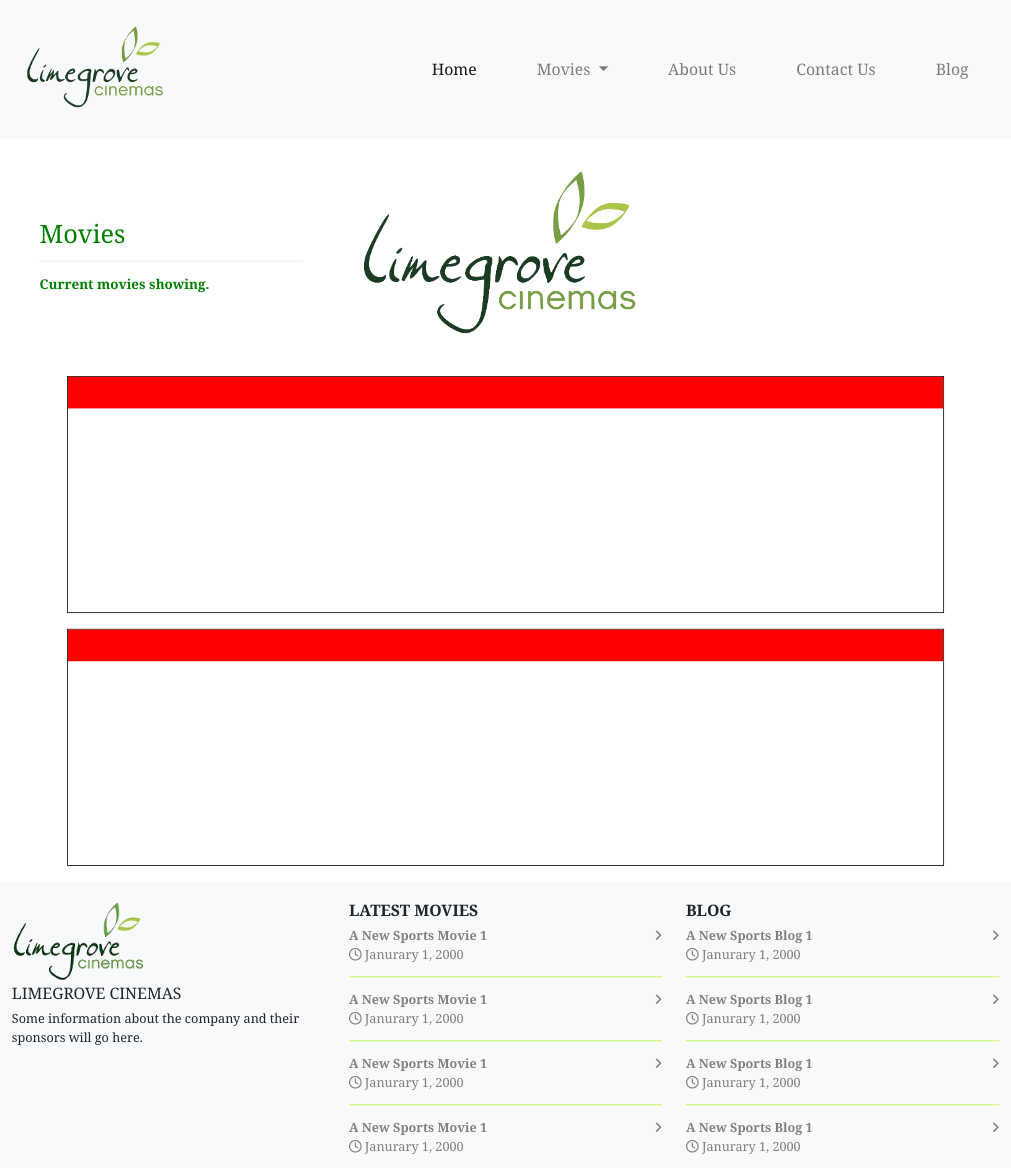
Repository: SimplyZacc/movie-web-template
Page: http://localhost/movie.php
An editor plug-in stored every save of this project. The page is shown before and after the next save, followed by the edit.
The browser window is 1280 px wide. The pictures show the whole page, at 79% of full size.
Some web libraries are served in a nearby version. The page is run by PHP 8.4 with error messages shown; the project is at /var/www/html/.

Above is the page before, as saved 2020-04-01 11:21:12.

### movie.php
<?php
//set page vars
$title = "Blog";
//include page header
include "templates/header.php";
?>
<div class="contact-head">
    <div class="contact-head-body">
        <h2>Movies</h2>
        <hr>
        <p>Current movies showing.</p>
    </div>
</div>

<div class="container">
    <div class="row">
        <div class="col-sm-12">
            <div class="movie-border">
                <div class="movie-inside">
                    <div class="movie-img">

                    </div>
                    <div class="movie-txt">
                        <div class="movie-header">

                        </div>
                        <div class="movie-info">

                        </div>
                    </div>
                </div>
            </div>
        </div>

        <div class="col-sm-12">
            <div class="movie-border">
                <div class="movie-inside">
                    <div class="movie-img">

                    </div>
                    <div class="movie-txt">
                        <div class="movie-header">

                        </div>
                        <div class="movie-info">

                        </div>
                    </div>
                </div>
            </div>
        </div>
    </div>
</div>

<?php include "templates/footer.php"; ?>

### templates/header.php
<?php
session_start();
?>
<!DOCTYPE html>
<html lang="en">

<head>
    <meta charset="UTF-8">
    <meta name="viewport" content="width=device-width, initial-scale=1.0">

    <title>
        <?php
        $default_header = "Limegrove Cinemas";
        if (isset($title)) {
            echo "Limegrove Cinemas - " . $title;
        } else {
            echo $default_header;
        }
        ?>
    </title>

    <!-- CSS -->
    <link rel="stylesheet" href="https://stackpath.bootstrapcdn.com/bootstrap/4.4.1/css/bootstrap.min.css" integrity="sha384-Vkoo8x4CGsO3+Hhxv8T/Q5PaXtkKtu6ug5TOeNV6gBiFeWPGFN9MuhOf23Q9Ifjh" crossorigin="anonymous">
    <link rel="stylesheet" href="assets/css/styles.css">
    <link rel="stylesheet" href="movie-web-template/assets/css/styles.css">

    <!-- JavaScript -->
    <script src="https://code.jquery.com/jquery-3.4.1.slim.min.js" integrity="sha384-J6qa4849blE2+poT4WnyKhv5vZF5SrPo0iEjwBvKU7imGFAV0wwj1yYfoRSJoZ+n" crossorigin="anonymous"></script>
    <script src="https://cdn.jsdelivr.net/npm/popper.js@1.16.0/dist/umd/popper.min.js" integrity="sha384-Q6E9RHvbIyZFJoft+2mJbHaEWldlvI9IOYy5n3zV9zzTtmI3UksdQRVvoxMfooAo" crossorigin="anonymous"></script>
    <script src="https://stackpath.bootstrapcdn.com/bootstrap/4.4.1/js/bootstrap.min.js" integrity="sha384-wfSDF2E50Y2D1uUdj0O3uMBJnjuUD4Ih7YwaYd1iqfktj0Uod8GCExl3Og8ifwB6" crossorigin="anonymous"></script>
    <script src="https://kit.fontawesome.com/e9662c41f5.js" crossorigin="anonymous"></script>

</head>

<body>

    <nav class="navbar navbar-expand-lg navbar-light bg-light">
        <button class="navbar-toggler" type="button" data-toggle="collapse" data-target="#navbarSupportedContent" aria-controls="navbarSupportedContent" aria-expanded="false" aria-label="Toggle navigation">
            <i class="fas fa-bars"></i>
        </button>

        <div class="collapse navbar-collapse" id="navbarSupportedContent">
            <ul class="navbar-nav mr-auto">
                <a class="navbar-brand" href="index.php"><img src="assets/images/lgcgreenlogo.png" alt="Cinema Logo" style="width: auto;height: 150px"></a>

            </ul>

            <ul class="navbar-nav navbar-right">

                <li class="nav-item active p-r-10">
                    <a class="nav-link" href="index.php">Home <span class="sr-only">(current)</span></a>
                </li>
                <li class="nav-item dropdown p-r-10">
                    <a class="nav-link dropdown-toggle" href="movie.php" id="navbarDropdown" role="button" data-toggle="dropdown" aria-haspopup="true" aria-expanded="false">
                        Movies
                    </a>
                    <div class="dropdown-menu" aria-labelledby="navbarDropdown">
                        <a class="dropdown-item" href="movie.php">Popular</a>
                        <a class="dropdown-item disabled" href="#">Recently Added</a>
                        <a class="dropdown-item disabled" href="#">Soon Added</a>
                    </div>
                </li>

                <li class="nav-item ">
                    <a class="nav-link" href="aboutus.php">About Us</a>
                </li>

                <li class="nav-item p-r-10">
                    <a class="nav-link" href="contactus.php">Contact Us</a>
                </li>

                <li class="nav-item p-r-10">
                    <a class="nav-link" href="blog.php">Blog</a>
                </li>
            </ul>

        </div>
    </nav>

### templates/footer.php
<footer class="page-footer font-small pt-4 bg-light">

    <div class="container-fluid text-center text-md-left">

        <div class="row">

            <div class="col-md-4 mt-md-0 mt-3">

                <img src="assets/images/lg-nbg.png" alt="">
                <h5 class="text-uppercase">Limegrove Cinemas</h5>
                <p style="height: 100px">Some information about the company and their sponsors will go here.</p>

            </div>

            <hr class="clearfix w-100 d-md-none pb-3">

            <div class="col-md-4 mb-md-0 mb-3">

                <h5 class="text-uppercase bold">Latest Movies</h5>

                <ul class="list-unstyled grey">
                    <li>
                        <a href="#" class="footer-link">A New Sports Movie 1 <span style="float: right"><i class="fas fa-angle-right"></i></span></a>
                        <br>
                        <p><i class="far fa-clock"></i> Janurary 1, 2000</p>
                    </li>
                    <hr style="border-color: greenyellow;">
                    <li>
                        <a href="#" class="footer-link">A New Sports Movie 1 <span style="float: right"><i class="fas fa-angle-right"></i></span></a>
                        <br>
                        <p><i class="far fa-clock"></i> Janurary 1, 2000</p>
                    </li>
                    <hr style="border-color: greenyellow;">
                    <li>
                        <a href="#" class="footer-link">A New Sports Movie 1 <span style="float: right"><i class="fas fa-angle-right"></i></span></a>
                        <br>
                        <p><i class="far fa-clock"></i> Janurary 1, 2000</p>
                    </li>
                    <hr style="border-color: greenyellow;">
                    <li>
                        <a href="#" class="footer-link">A New Sports Movie 1 <span style="float: right"><i class="fas fa-angle-right"></i></span></a>
                        <br>
                        <p><i class="far fa-clock"></i> Janurary 1, 2000</p>
                    </li>
                </ul>

            </div>

            <hr class="clearfix w-100 d-md-none pb-3">

            <div class="col-md-4 mb-md-0 mb-3">

                <h5 class="text-uppercase bold">Blog</h5>

                <ul class="list-unstyled grey">
                    <li>
                        <a href="#" class="footer-link">A New Sports Blog 1 <span style="float: right"><i class="fas fa-angle-right"></i></span></a>
                        <br>
                        <p><i class="far fa-clock"></i> Janurary 1, 2000</p>
                    </li>
                    <hr style="border-color: greenyellow;">
                    <li>
                        <a href="#" class="footer-link">A New Sports Blog 1 <span style="float: right"><i class="fas fa-angle-right"></i></span></a>
                        <br>
                        <p><i class="far fa-clock"></i> Janurary 1, 2000</p>
                    </li>
                    <hr style="border-color: greenyellow;">
                    <li>
                        <a href="#" class="footer-link">A New Sports Blog 1 <span style="float: right"><i class="fas fa-angle-right"></i></span></a>
                        <br>
                        <p><i class="far fa-clock"></i> Janurary 1, 2000</p>
                    </li>
                    <hr style="border-color: greenyellow;">
                    <li>
                        <a href="#" class="footer-link">A New Sports Blog 1 <span style="float: right"><i class="fas fa-angle-right"></i></span></a>
                        <br>
                        <p><i class="far fa-clock"></i> Janurary 1, 2000</p>
                    </li>
                </ul>

            </div>

        </div>

    </div>

</footer>

</body>
</html>

### assets/css/styles.css
* {
    font-family: Cambria, Cochin, Georgia, Times, 'Times New Roman', serif;
}

.dropdown:hover>.dropdown-menu {
    display: block;
}

.bold {
    font-weight: bold;
}

.center {
    text-align: center;
}

.hr {
    border-color: whitesmoke;
}

.grey {
    color: grey;
}

.margin-t-20 {
    margin-top: 20px;
}

.margin-b-20 {
    margin-bottom: 20px;
}

.footer-link {
    font-weight: bold;
    text-decoration: none;
    color: grey;
}

.footer-link:hover {
    text-decoration: none;
    color: #13df13;
    transition-duration: 0.5s;
}

.navbar-nav>li {
    padding-left: 30px;
    padding-right: 30px;
    font-size: 20px;
}

/****************************************** Contact Us Page ******************************************/

.contact-head {
    height: 300px;
    width: 100%;
    background-image: url('/assets/images/lgcgreenlogo.png');
    background-position-x: center;
    background-repeat: no-repeat;
    background-size: contain;
}

.contact-head-body {
    font-weight: bold;
    font-size: 17px;
    color: green;
    width: 30%;
    padding-left: 50px;
    padding-top: 100px;
}

.contact-body {
    height: 700px;
    background-color: rgb(241, 241, 241);
}

.contact-body-sub {
    width: 90%;
    margin-left: auto;
    margin-right: auto;
}

.contact-right {
    float: right;
    width: 35%;
}

.contact-left {
    float: left;
    width: 65%;
}

.contact-card {
    margin-top: 30px;
}

.contact-form-info {
    margin-top: 30px;
    background-color: white;
    width: 80%;
}


.contact-form-info2 {
    padding-left: 30px;
}

.contact-form-text {
    padding-top: 10px;
}

.contact-form-button {
    margin-top: 20px;
    margin-bottom: 30px;
}

.contact-form-input {
    width: 80%;
    border: none;
    outline: none;
    border-bottom: 2px solid grey;
    background-color: transparent;
    cursor: default;
}

.contact-form-input:hover {
    border-bottom: 2px solid #13df13;
    transition-duration: 0.5s;
}

.contact-form-textbox {
    width: 80%;
    height: 200px;
    border: none;
    outline: none;
    border-bottom: 2px solid grey;
    background-color: transparent;
    cursor: default;
}

.contact-form-textbox:hover {
    border-bottom: 2px solid #13df13;
    transition-duration: 0.5s;
}


/****************************************** About Us Page ******************************************/

.about-body-inside {
    width: 80%;
    margin-left: auto;
    margin-right: auto;
}


/****************************************** Blog Page ******************************************/

.poster {
    border-radius: 50px;
    background-color: rgb(216, 216, 216);
    height: auto;
    width: 100%;
}

.poster-img {
    border-radius: 50px;
    margin-top: 10px;
    margin-bottom: 10px;
    width: 90% !important;
    height: 200px;
}

.blog-title {
    color: rgb(77, 75, 75);
    font-weight: bold;
    font-family: Arial, Helvetica, sans-serif;
    font-size: 22px;
}

.poster-txt {
    margin-left: 10px;
    margin-right: 10px;
}

.blog-info {
    font-size: 20px;
}

.blog-text {
    margin-top: 10px;
    margin-bottom: 10px;
    color: rgb(129, 129, 129);
    font-family: Arial, Helvetica, sans-serif;
}

.blog-button {
    width: 80%;
    height: 30px;
    margin-top: 10px;
    margin-bottom: 20px;
    border-radius: 50px;
    margin-left: auto;
    margin-right: auto;
    border: none;
    color: black;
}

.blog-button:hover {
    transition-duration: 1s;
    background-color: #13df13;
    color: white;
}

/****************************************** Blog Post Page ******************************************/

.blog-post {
    width: 100%;
    margin-bottom: 20px;
    margin-top: 20px;
}

.blog-post-img {
    width: 90%;
    height: auto;
    margin: auto;
    text-align: center;
}

.blog-post-header {
    width: 90%;
    text-align: center;
    margin: auto;
    font-weight: bolder;
    color: rgb(77, 75, 75);
    font-family: Arial, Helvetica, sans-serif;
}

.blog-post-info {
    text-align: center;
    width: 90%;
    margin: auto;
    color: rgb(129, 129, 129);
    font-family: Arial, Helvetica, sans-serif;
}

.blog-button2 {
    width: 80%;
    height: 30px;
    margin-top: 10px;
    margin-bottom: 20px;
    border-radius: 50px;
    border: none;
    color: black;
}

.blog-button2:hover {
    transition-duration: 1s;
    background-color: #13df13;
    color: white;
}

/****************************************** Movie Pages ******************************************/

.movie-border{
    width: 100%;
    margin-bottom: 20px;
    height: 300px;
    border: 1px solid black;
}

.movie-inside{
    padding: 20px;
    background-color: red;
}

After the next save:
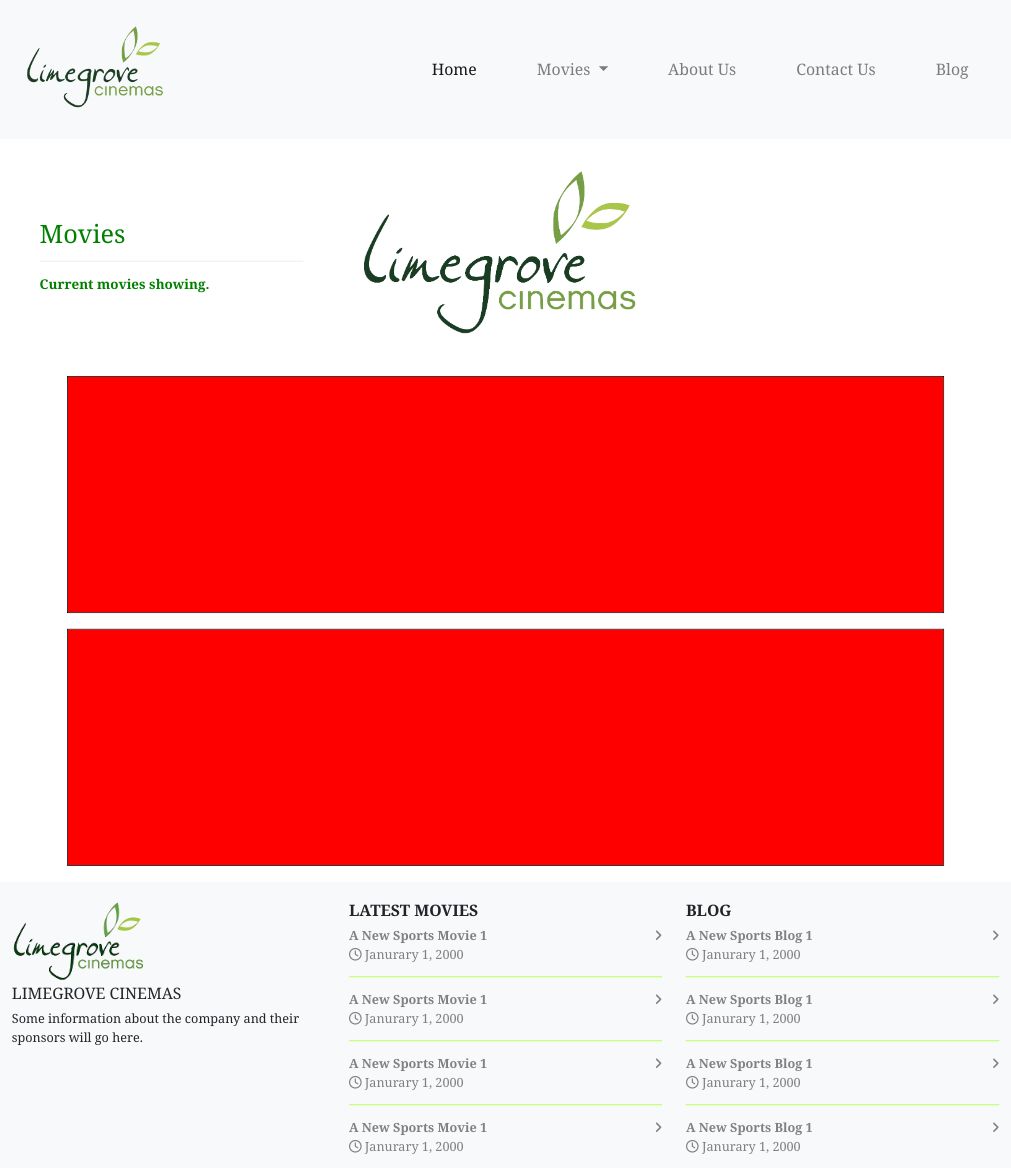
Saved 13 s later.
--- a/assets/css/styles.css
+++ b/assets/css/styles.css
@@ -270,4 +270,6 @@
 .movie-inside{
     padding: 20px;
     background-color: red;
-}
+    width: 100%;
+    height: 100%;
+}
